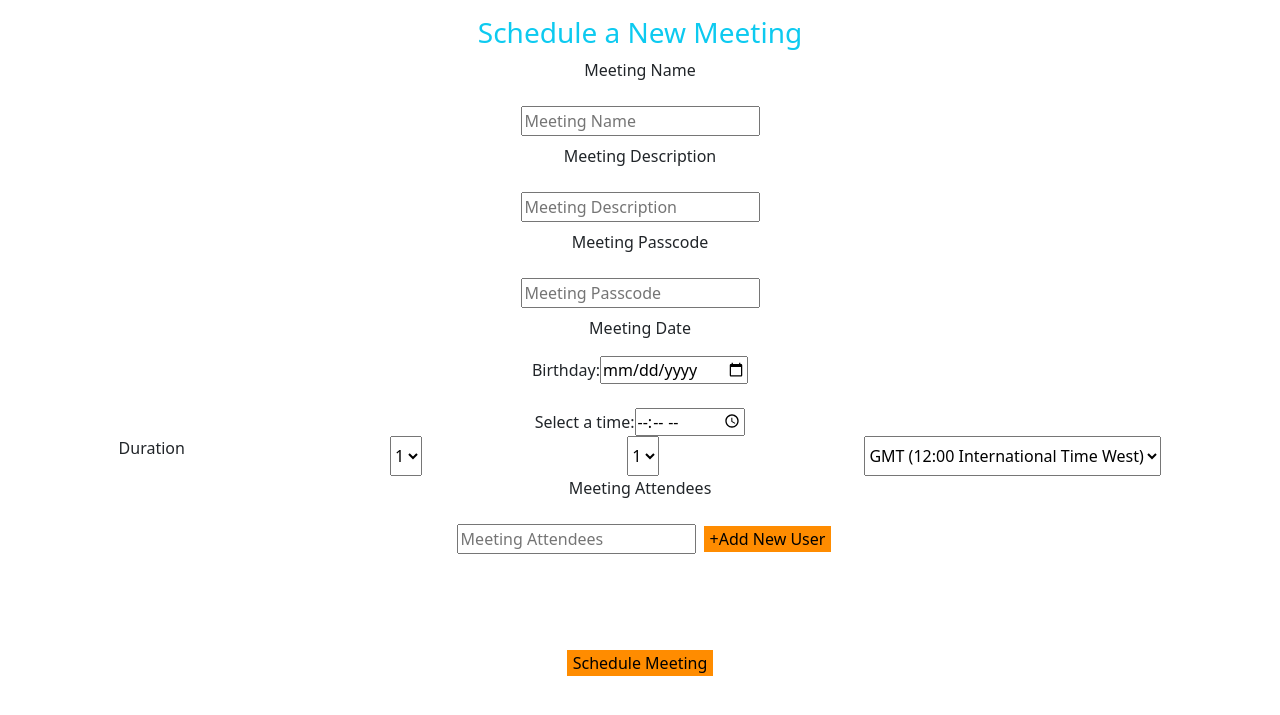
Repository: sreech465/myexam
Page: /smeet
An editor plug-in stored every save of this project. The page is shown before and after the next save, followed by the edit.
The browser window is 1280 px wide. The pictures show the whole page.
The page's requests for data from a server got no answer. The project was rebuilt for these pictures with package versions that can differ from the ones it lists, and the page was loaded fresh each time. No one was signed in, and anything a server would have sent is missing. Also part of the build but not shown: src/Details.js, src/Jmeet.js, src/Joinmeet.js.

Above is the page before, as saved 2023-01-14 18:19:40.

After the next save:
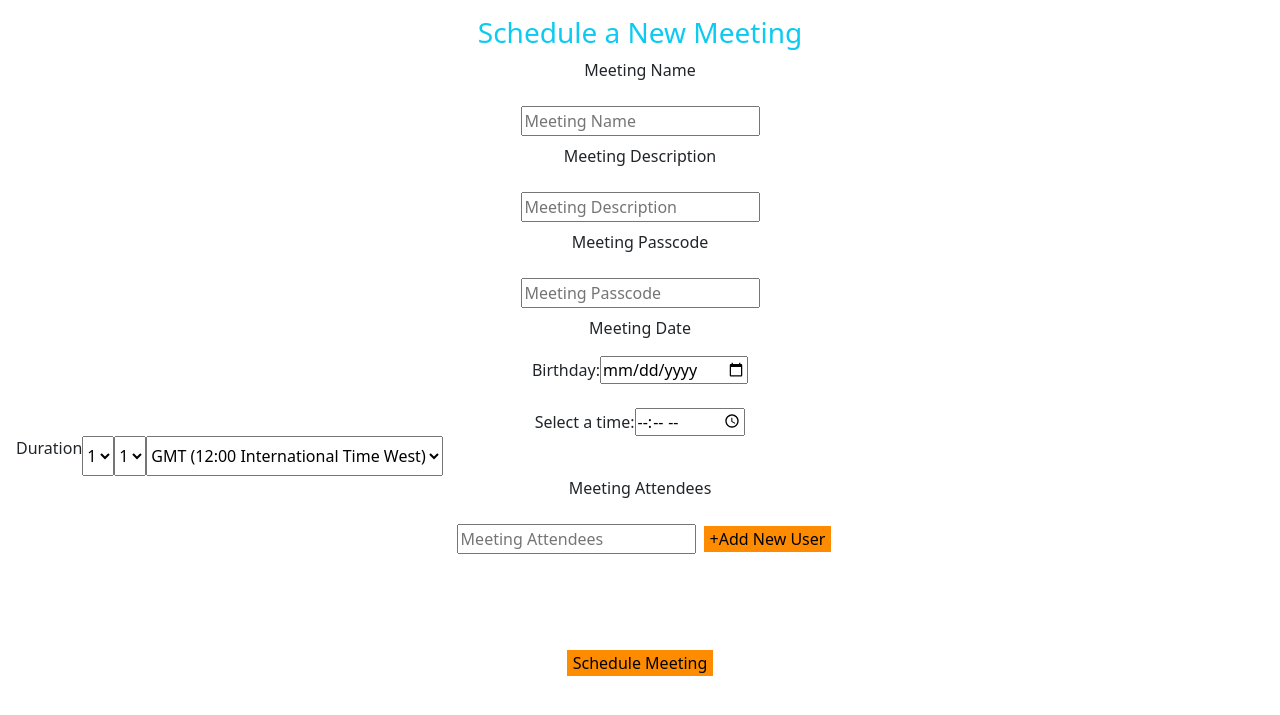
Saved 22 s later.
--- a/src/Smeet.js
+++ b/src/Smeet.js
@@ -91,7 +91,7 @@ const Smeet = () => {
             setTime(e.target.value);
           }}
         />
-        <div style={{ display: "flex", justifyContent: "space-around" }}>
+        <div style={{ display: "flex" }}>
           {/* <div class="dropdown">
             <button
               class="btn btn-secondary dropdown-toggle"
@@ -190,7 +190,6 @@ const Smeet = () => {
           </div> */}
 
           <select>
-            <p>TimeZone</p>
             <option value="fruit">GMT (12:00 International Time West)</option>
 
             <option value="vegetable">
